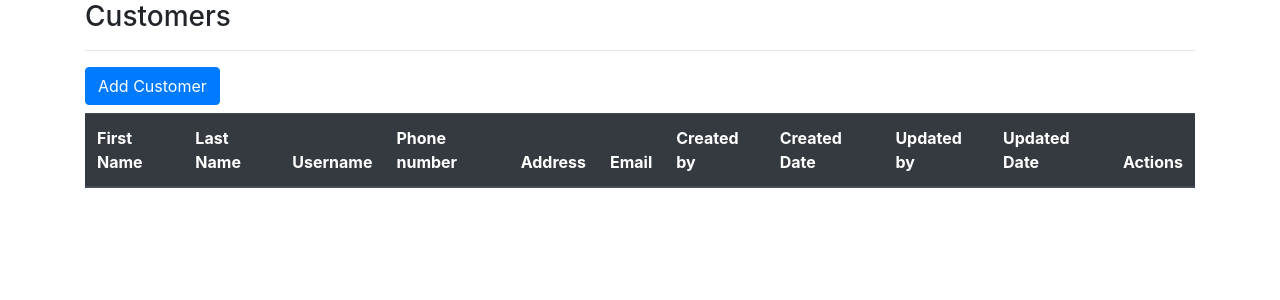
Repository: messimacky/Movie-Rental-System-Front-End
Page: /customers
The author's editor kept a copy of each file at every save. The page is drawn from the files as they stood at one save, then again after the next save.
The browser window is 1280 px wide. The pictures show the whole page.
The page's requests for data from a server got no answer. The project was rebuilt for these pictures with package versions that can differ from the ones it lists, and the page was loaded fresh each time. No one was signed in, and anything a server would have sent is missing. Also part of the build but not shown: src/services/movie.service.js, src/components/AddMovie.js, src/components/MoviesList.js, src/components/NotFound.js, src/components/login/Login.js, src/components/AddCustomer.js, src/services/rental.service.js, src/components/RentalsList.js and 4 more.

Above is the page before, as saved 2022-04-21 12:37:59.

### src/App.js
import { BrowserRouter as Router, Switch, Route } from 'react-router-dom';
import AddMovie from './components/AddMovie';
import MoviesList from "./components/MoviesList";
import NotFound from "./components/NotFound";
import Login from './components/login/Login';
import AddCustomer from './components/AddCustomer'
import CustomersList from './components/CustomerList';
import RentalsList from './components/RentalsList';
import AddRental from './components/AddRental';
import Home from './components/Home';
import Signup from './components/signup/Signup';
function App() {
  return (
    <Router>
      <div>
        <Switch>

          <Route exact path="/" component={Home} />
          <Route exact path="/movies" component={MoviesList} />
          <Route path="/add-movie" component={AddMovie} />
          <Route path="/movies/edit/:id" component={AddMovie} />




          <Route exact path="/customers" component={CustomersList} />
          <Route path="/add-customer" component={AddCustomer} />
          <Route path="/customers/edit/:id" component={AddCustomer} />



          <Route path="/login" component={Login} />
          <Route path="/signup" component={Signup} />




          <Route path="/rentals" component={RentalsList} />
          <Route path="/add-rental" component={AddRental} />
          <Route path="/rentals/edit/:id" component={AddRental} />

          <Route path="*" component={NotFound} />
        </Switch>
      </div>
    </Router>
  )
}

export default App;

### src/components/CustomerList.js
import { useEffect, useState } from "react";
import 'bootstrap/dist/css/bootstrap.min.css';
import customerService from "../services/customer.service";
import { Link } from "react-router-dom";

const CustomersList = () => {
    const [customers, setCustomers] = useState([]);


    useEffect(() => {
        init();

    }, [])

    const init = () => {
        customerService.getAll()
            .then(response => {
                console.log(response.data);
                setCustomers(response.data);

            })
            .catch(error => {
                console.log("Something went wrong", error);
            })
    }

    const handleDelete = id => {
        customerService.remove(id)
            .then(response => {
                console.log("Customer deleted succesfully", response.data);
                init();

            })
            .catch(error => {
                console.log("Something went wrong", error);
            })
    }


    return (
        <div className="container">
            <h3>Customers</h3>
            <hr />
            <div>
                <Link to="/add-customer" className="btn btn-primary mb-2">Add Customer</Link>




                <table className="table table-border table-sriped">
                    <thead className="thead-dark">
                        <tr>
                            <th>First Name</th>
                            <th>Last Name</th>
                            <th>Username</th>
                            <th>Phone number</th>
                            <th>Address</th>
                            <th>Email</th>
                            <th>Created by</th>
                            <th>Created Date</th>
                            <th>Updated by</th>
                            <th>Updated Date</th>

                            <th>Actions</th>




                        </tr>
                    </thead>
                    <tbody>
                        {
                            customers.map(customer => (
                                <tr key={customer.id} >

                                    <td>{customer.first_name}</td>
                                    <td>{customer.last_name}</td>
                                    <td>{customer.username}</td>
                                    <td>{customer.phone}</td>
                                    <td>{customer.address}</td>
                                    <td>{customer.email}</td>
                                    <td>{customer.created_by}</td>
                                    <td>{customer.created_date}</td>
                                    <td>{customer.updated_by}</td>
                                    <td>{customer.updated_date}</td>





                                    <td>
                                        <Link className="btn btn-info" to={`/customers/edit/${customer.id}`}> Update</Link>
                                        <button className="btn btn-danger ml-2" onClick={(e) => {
                                            handleDelete(customer.id);
                                        }}>Delete</button>
                                    </td>

                                </tr>
                            ))
                        }
                    </tbody>
                </table>
            </div>

        </div>
    );
}

export default CustomersList;

### src/components/login/Login.css
body {
    margin: 0;
    padding: 0;
    /* font-family: sans-serif; */
    background-size: cover;
    background-repeat: no-repeat;
}



.form {
    position: absolute;
    top: 50%;
    left: 50%;
    border: none;
    transform: translate(-50%, -50%);
    width: 400px;
    min-height: 450px;
    background-color: #fff;
    box-shadow: 0 15px 50px rgba(0, 0, 0, 0.5);
    padding: 50px;
    box-sizing: border-box;

    /* background: url(data:[embedded picture, 5679 characters]); */
    /* background: url(https://picsum.photos/3000/2000/?image=1015); */



}

.form h2 {
    margin-left: 60px;
    margin-top: 40px;
    color: white;
    /* margin: 30 0 40px; */
    padding: 0;
    color: black;
}

.form .input-box {
    position: relative;
    margin: 5px 0;
}

.form .input-box input {
    width: 100%;
    font-size: px;
    border: none;
    border-bottom: 2px solid #777;
    outline: none;
    padding: 10px;
    padding-left: 30px;
    box-sizing: border-box;
    font-weight: bold;
    color: #777;
}

.form .input-box input:focus,
.form .input-box input:valid {
    border-bottom-color: #03a9f4;
}

.form .input-box .fa {
    position: absolute;
    top: 8px;
    left: 5px;
    font-size: 18px;
    color: #777;
}

.form .input-box input[type="submit"] {
    border: none;
    cursor: pointer;
    background-color: #03a9f4;
    color: #fff;
    font-weight: bold;
    transition: 0.5s;
}

.form .input-box input[type="submit"]:hover {
    background-color: #ff4987;

}

.form a {
    text-decoration: none;
    color: black;

    margin-top: 4px;
    margin-left: 170px;
    /* font-weight: bold; */
    display: inline-block;
    transition: 0.5s;
}


.submit {
    margin-top: 30px;
    margin-left: 30px;


}

.form a {
    margin-top: 20px;
    margin-left: 50px;
    color: black;
    color: blue;
}

.form button {
    margin-top: 10px;
    margin-left: 50px;
    color: black;
    outline: invert;

}

.form button :hover {

    color: blue;
}

### src/services/customer.service.js
import httpClient from '../http-common';

const getAll = () => {
    return httpClient.get('/customers');
}

const create = (data) => {
    return httpClient.post("/customers", data);
}

const get = id => {
    return httpClient.get(`/customers/${id}`);
}

const update = (data) => {
    return httpClient.put('/customers', data);
}

const remove = id => {
    return httpClient.delete(`/customers/${id}`);
}

export default { getAll, create, get, update, remove };

### src/components/AddCustomer.css
body {
    margin: 0;
    padding: 0;
    /* font-family: sans-serif; */
    background-size: cover;
    background-repeat: no-repeat;
}



.form {
    position: absolute;
    top: 50%;
    left: 50%;
    border: none;
    transform: translate(-50%, -50%);
    width: 400px;
    min-height: 450px;
    background-color: #fff;
    box-shadow: 0 15px 50px rgba(0, 0, 0, 0.5);
    padding: 50px;
    box-sizing: border-box;

    /* background: url(data:[embedded picture, 5679 characters]); */
    /* background: url(https://picsum.photos/3000/2000/?image=1015); */



}

.form h2 {
    margin-left: 60px;
    margin-top: 40px;
    color: white;
    /* margin: 30 0 40px; */
    padding: 0;
    color: black;
}

.form .input-box {
    position: relative;
    margin: 5px 0;
}

.form .input-box input {
    width: 100%;
    font-size: px;
    border: none;
    border-bottom: 2px solid #777;
    outline: none;
    padding: 10px;
    padding-left: 30px;
    box-sizing: border-box;
    font-weight: bold;
    color: #777;
}

.form .input-box input:focus,
.form .input-box input:valid {
    border-bottom-color: #03a9f4;
}

.form .input-box .fa {
    position: absolute;
    top: 8px;
    left: 5px;
    font-size: 18px;
    color: #777;
}

.form .input-box input[type="submit"] {
    border: none;
    cursor: pointer;
    background-color: #03a9f4;
    color: #fff;
    font-weight: bold;
    transition: 0.5s;
}

.form .input-box input[type="submit"]:hover {
    background-color: #ff4987;

}

.form a {
    text-decoration: none;
    color: black;

    margin-top: 4px;
    margin-left: 170px;
    /* font-weight: bold; */
    display: inline-block;
    transition: 0.5s;
}


.submit {
    margin-top: 30px;
    margin-left: 30px;


}

.form a {
    margin-top: 20px;
    margin-left: 50px;
    color: black;
    color: blue;
}

.form button {
    margin-top: 10px;
    margin-left: 50px;
    color: black;
    outline: invert;

}

.form button :hover {

    color: blue;
}

### src/components/signup/Signup.css
body {
    margin: 0;
    padding: 0;
    /* font-family: sans-serif; */
    background-size: cover;
    background-repeat: no-repeat;
}



.form {
    position: absolute;
    top: 50%;
    left: 50%;
    border: none;
    transform: translate(-50%, -50%);
    width: 400px;
    min-height: 450px;
    background-color: #fff;
    box-shadow: 0 15px 50px rgba(0, 0, 0, 0.5);
    padding: 50px;
    box-sizing: border-box;

    /* background: url(data:[embedded picture, 5679 characters]); */
    /* background: url(https://picsum.photos/3000/2000/?image=1015); */



}

.form h2 {
    margin-left: 60px;
    margin-top: 40px;
    color: white;
    /* margin: 30 0 40px; */
    padding: 0;
    color: black;
}

.form .input-box {
    position: relative;
    margin: 5px 0;
}

.form .input-box input {
    width: 100%;
    font-size: px;
    border: none;
    border-bottom: 2px solid #777;
    outline: none;
    padding: 10px;
    padding-left: 30px;
    box-sizing: border-box;
    font-weight: bold;
    color: #777;
}

.form .input-box input:focus,
.form .input-box input:valid {
    border-bottom-color: #03a9f4;
}

.form .input-box .fa {
    position: absolute;
    top: 8px;
    left: 5px;
    font-size: 18px;
    color: #777;
}

.form .input-box input[type="submit"] {
    border: none;
    cursor: pointer;
    background-color: #03a9f4;
    color: #fff;
    font-weight: bold;
    transition: 0.5s;
}

.form .input-box input[type="submit"]:hover {
    background-color: #ff4987;

}

.form a {
    text-decoration: none;
    color: black;

    margin-top: 4px;
    margin-left: 170px;
    /* font-weight: bold; */
    display: inline-block;
    transition: 0.5s;
}


.submit {
    margin-top: 30px;
    margin-left: 30px;


}

.form a {
    margin-top: 20px;
    margin-left: 50px;
    color: black;
    color: blue;
}

.form button {
    margin-top: 10px;
    margin-left: 50px;
    color: black;
    outline: invert;

}

.form button :hover {

    color: blue;
}

### src/http-common.js
import axios from "axios";


export default axios.create({
    baseURL: 'http://localhost:8080',
    headers: {
        'Content_Type': 'application/json'
    }

});

Loaded but not shown: public/index.html (common file); src/index.js (common file); src/index.css (common file); src/reportWebVitals.js (common file)

After the next save:
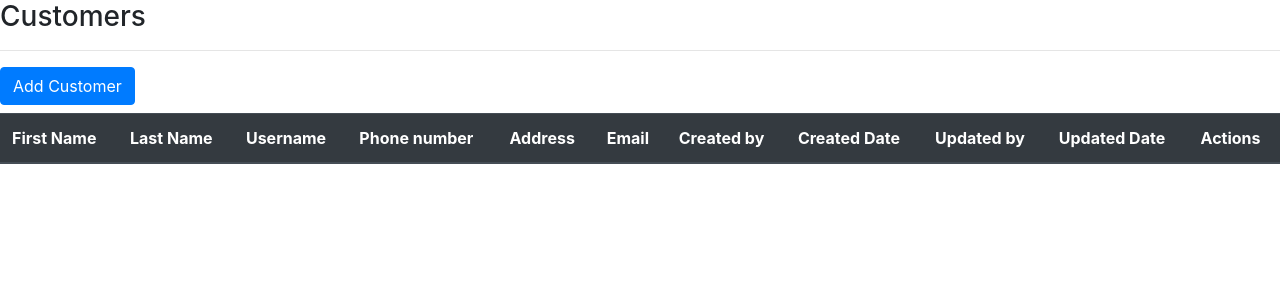
Saved 39 s later.
--- a/src/components/CustomerList.js
+++ b/src/components/CustomerList.js
@@ -38,7 +38,7 @@
 
 
     return (
-        <div className="container">
+        <div>
             <h3>Customers</h3>
             <hr />
             <div>

After the save that followed:
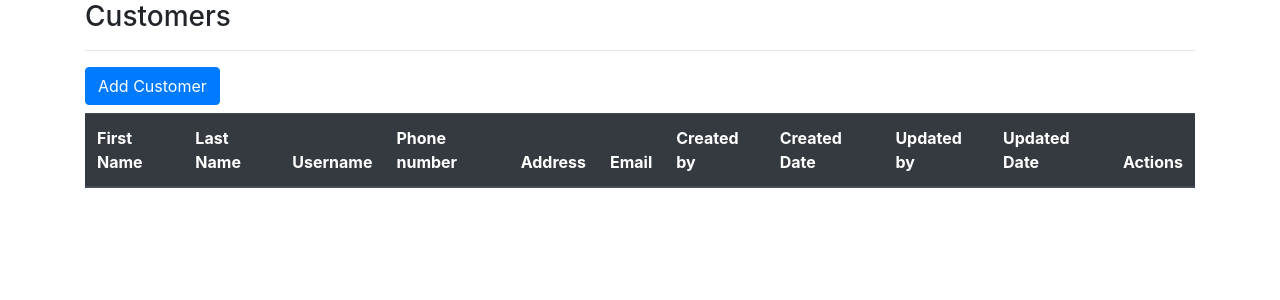
Saved 26 s later.
--- a/src/components/CustomerList.js
+++ b/src/components/CustomerList.js
@@ -38,7 +38,7 @@
 
 
     return (
-        <div>
+        <div className="container">
             <h3>Customers</h3>
             <hr />
             <div>
